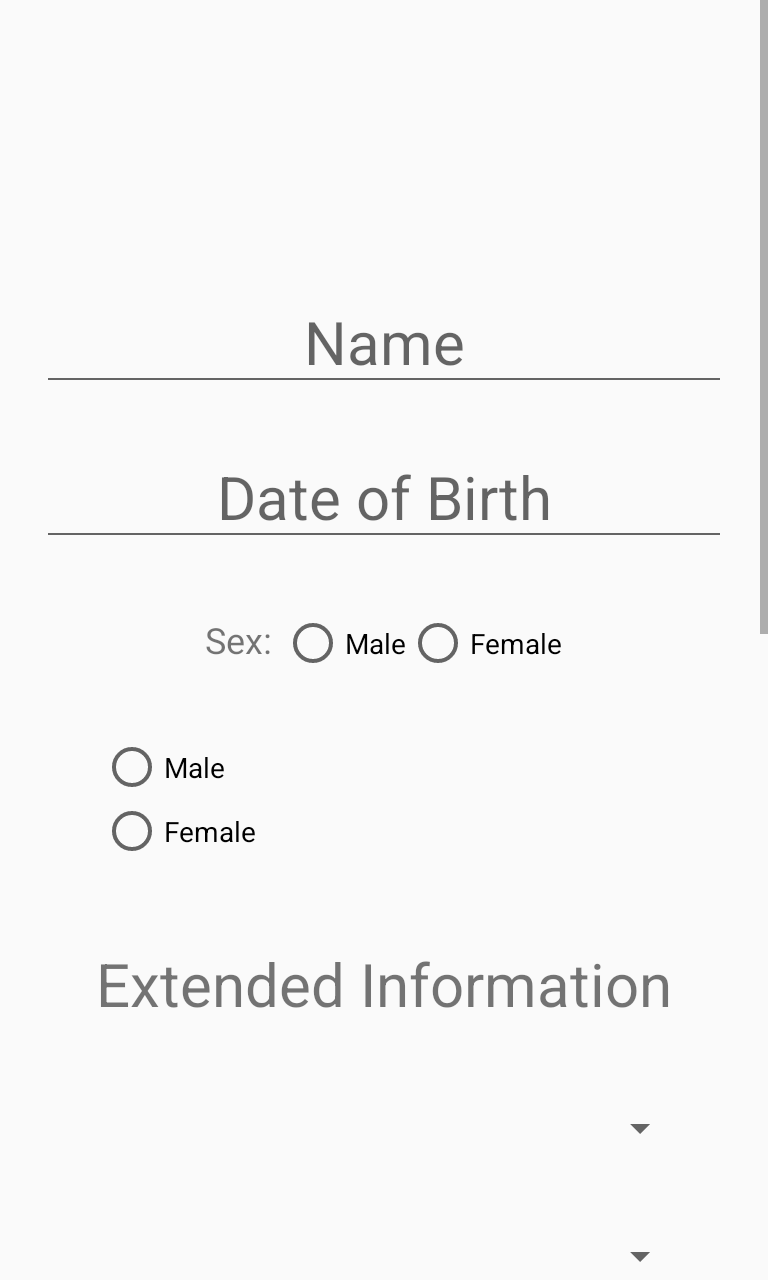
Repository: achavez812/GuatemalaProject2
Layout: GuateMedic-master/GuateMedic/res/layout/fragment_add_new_child.xml
The author's editor kept a copy of each file at every save. The layout is drawn from the files as they stood at one save, then again after the next save.
It is drawn on a 768 x 1280 px phone screen (xhdpi) without system bars, with theme AppTheme; the app's code is not run.

Above is the layout before, as saved 2014-07-05 01:22:00.

After the next save:
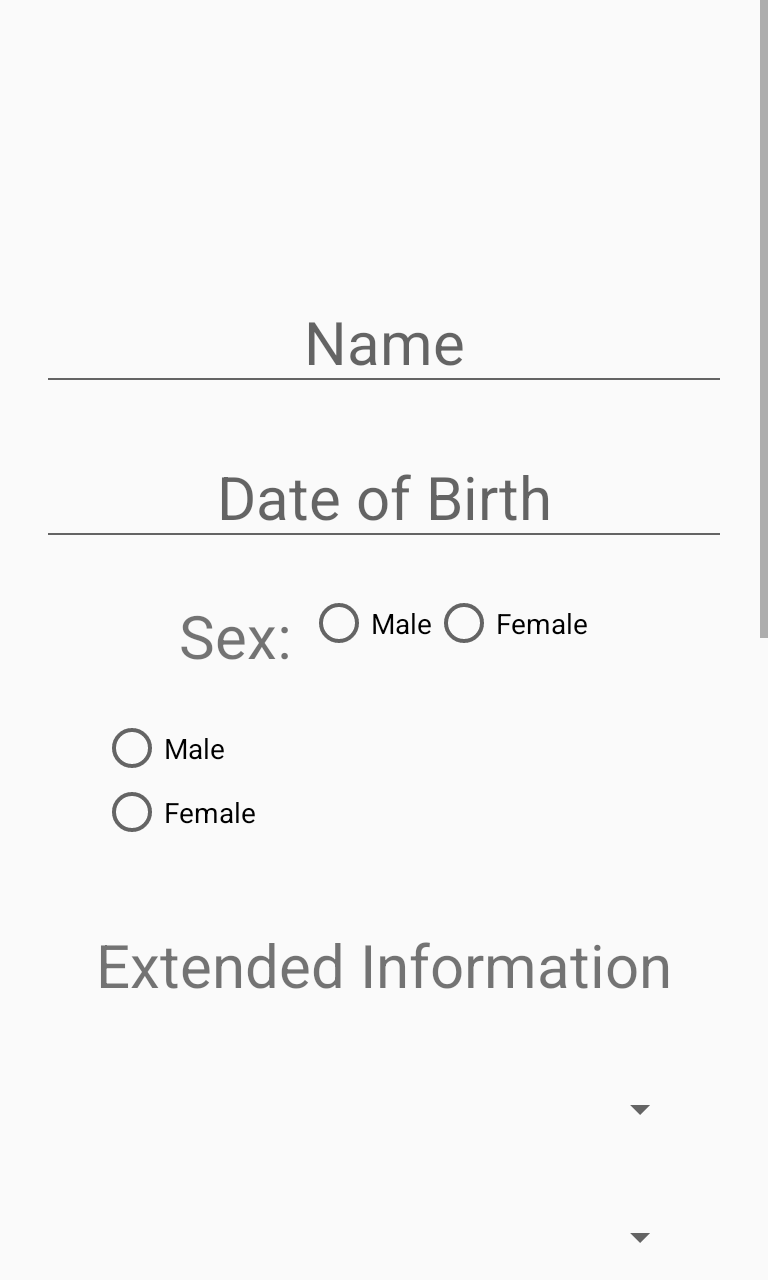
Saved 78 s later.
--- a/GuateMedic-master/GuateMedic/res/layout/fragment_add_new_child.xml
+++ b/GuateMedic-master/GuateMedic/res/layout/fragment_add_new_child.xml
@@ -37,42 +37,42 @@
 	         android:textSize="30sp"
 	         android:hint="Date of Birth" />
 
-			<LinearLayout
-		        android:layout_width="match_parent"
-		        android:layout_height="wrap_content"
-		        android:layout_marginTop="30dp"
-		        android:layout_marginBottom="30dp"
-		        android:gravity="center_horizontal"
-		        android:orientation="horizontal" >
-
-		    	<TextView
-			     	android:id="@+id/graph_new_child_date"
-				    android:layout_width="wrap_content"
-				    android:layout_height="wrap_content"
-				    android:layout_marginTop="2dp"
-					android:textSize="18sp"
-				    android:text="Sex: "
-				    />
-
-		    	<RadioGroup
-		    	    android:id="@+id/sex_radio"
-				    android:layout_width="wrap_content"
-				    android:layout_height="wrap_content"
-				    android:orientation="horizontal">
-
-				    <RadioButton android:id="@+id/radio_male"
-				        android:layout_width="wrap_content"
-				        android:layout_height="wrap_content"
-				        android:text="Male"/>
-
-				    <RadioButton android:id="@+id/radio_female"
-				        android:layout_width="wrap_content"
-				        android:layout_height="wrap_content"
-				        android:text="Female"/>
-
-				</RadioGroup>
-
-			</LinearLayout>
+		<LinearLayout
+	        android:layout_width="match_parent"
+	        android:layout_height="wrap_content"
+	        android:layout_marginTop="20dp"
+	        android:layout_marginBottom="20dp"
+	        android:gravity="center_horizontal"
+	        android:orientation="horizontal" >
+
+	    	<TextView
+		     	android:id="@+id/add_new_child_gender_title"
+			    android:layout_width="wrap_content"
+			    android:layout_height="wrap_content"
+			    android:layout_marginTop="2dp"
+				android:textSize="30sp"
+			    android:text="Sex: "
+			    />
+
+	    	<RadioGroup
+	    	    android:id="@+id/sex_radio"
+			    android:layout_width="wrap_content"
+			    android:layout_height="wrap_content"
+			    android:orientation="horizontal">
+
+			    <RadioButton android:id="@+id/radio_male"
+			        android:layout_width="wrap_content"
+			        android:layout_height="wrap_content"
+			        android:text="Male"/>
+
+			    <RadioButton android:id="@+id/radio_female"
+			        android:layout_width="wrap_content"
+			        android:layout_height="wrap_content"
+			        android:text="Female"/>
+
+			</RadioGroup>
+
+		</LinearLayout>
      <RadioGroup
          android:id="@+id/add_new_child_gender"
          android:textSize="30sp"
